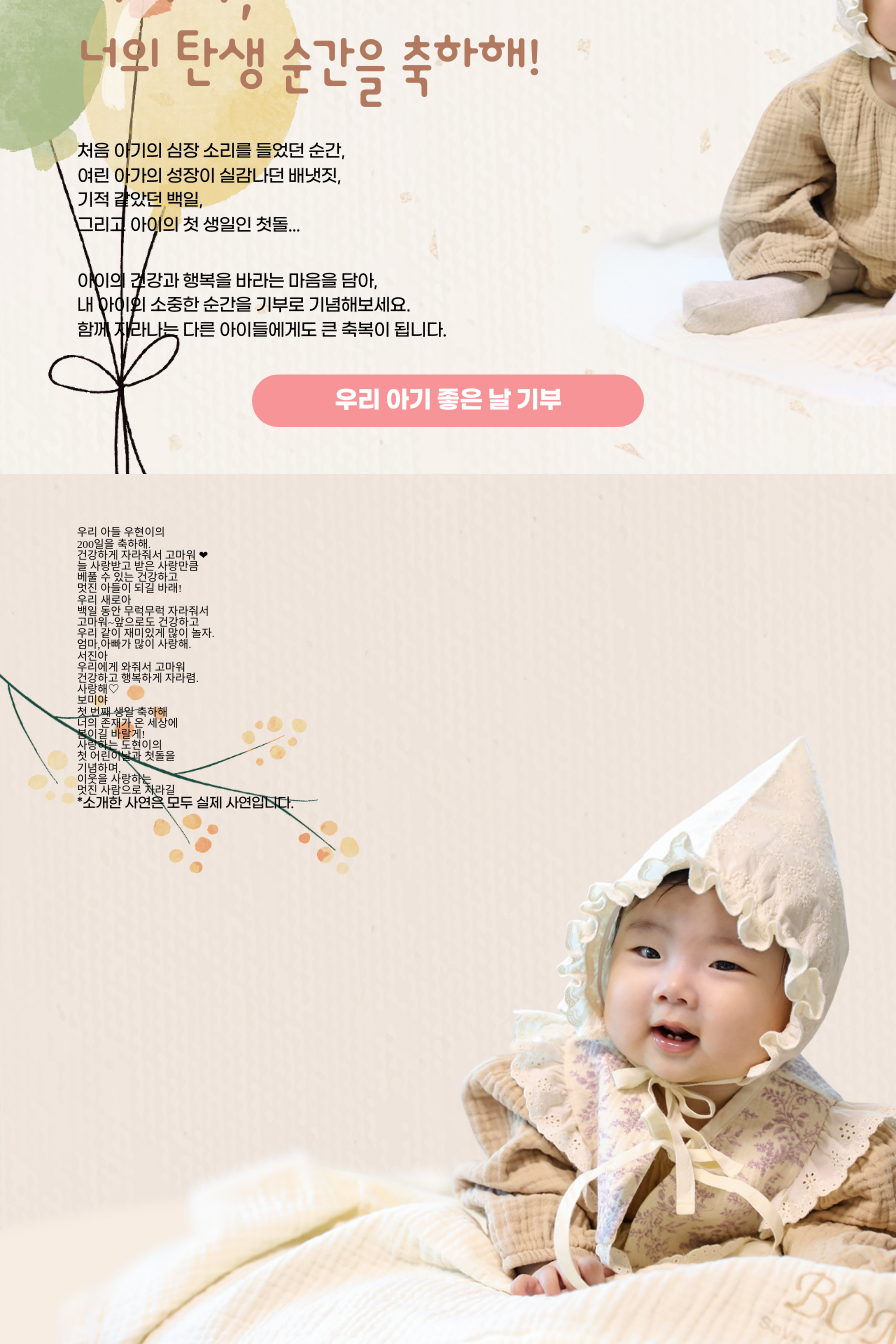
Repository: dlgywls1130/save_the_children
Page: index.html
An editor plug-in stored every save of this project. The page is shown before and after the next save, followed by the edit.
The browser window is 1280 px wide. The pictures show the part of the page from y = 403 to 2323 px (the page is 4840 px tall), at 70% of full size.

Above is the page before, as saved 2023-12-12 21:47:22.

### index.html
<!DOCTYPE html>
<html lang="en">
<head>
    <meta charset="UTF-8">
    <meta name="viewport" content="width=device-width, initial-scale=1.0">
    <title>세이브더칠드런</title>

    <link rel="stylesheet" href="./css/reset.css">
    <link rel="stylesheet" href="./css/style.css">
</head>
<body>
    <div class="content_body">
        <section class="section_wrapper section01">
            <div class="se01 se_wrapper">
                <div class="se01_sub">
                    <div class="sub_logo">
                        <img src="./img/logo01.png" alt="logo">
                    </div>
                    <p>우리 아기 좋은 날 기부</p>
                </div>
                <p class="seo01_title">
                    아가야,
                </p>
                <p class="seo01_title_two">
                    너의 <span>탄생</span> 순간을 축하해!
                </p>
                <p class="section_descript mb-45">
                    처음 아기의 심장 소리를 들었던 순간,
                    <br>여린 아가의 성장이 실감나던 배냇짓,
                    <br>기적 같았던 백일,
                    <br>그리고 아이의 첫 생일인 첫돌...
                </p>
                <p class="section_descript">
                    아이의 건강과 행복을 바라는 마음을 담아,
                    <br>내 아이의 소중한 순간을 기부로 기념해보세요.
                    <br>함께 자라나는 다른 아이들에게도 큰 축복이 됩니다.
                </p>

                <a class="donation_link" href="javascript:void(0)">우리 아기 좋은 날 기부</a>
            </div>
        </section>
        <section class="section_wrapper section02">
            <div class="se02 se_wrapper">
                <div class="postit_wrapper">
                    <div class="postit postit01">
                        우리 아들 우현이의<br>
                        200일을 축하해.<br>
                        건강하게 자라줘서 고마워 ❤<br>
                        늘 사랑받고 받은 사랑만큼<br>
                        베풀 수 있는 건강하고<br>
                        멋진 아들이 되길 바래!
                    </div>
                    <div class="postit postit01">
                        우리 새로아<Br>
                        백일 동안 무럭무럭 자라줘서<Br>
                        고마워~앞으로도 건강하고<Br>
                        우리 같이 재미있게 많이 놀자.<Br>
                        엄마,아빠가 많이 사랑해.
                    </div>
                    <div class="postit postit01">
                        서진아<br>
                        우리에게 와줘서 고마워<br>
                        건강하고 행복하게 자라렴.<br>
                        사랑해♡
                    </div>
                    <div class="postit postit01">
                        보미야<br>
                        첫 번째 생일 축하해<br>
                        너의 존재가 온 세상에<br>
                        봄이길 바랄게!
                    </div>
                    <div class="postit postit01">
                        사랑하는 도현이의<br>
                        첫 어린이날과 첫돌을<br>
                        기념하며, <br>
                        이웃을 사랑하는<br>
                        멋진 사람으로 자라길

                    </div>
                </div>
                <p class="ex_text">*소개한 사연은 모두 실제 사연입니다.</p>

            </div>
        </section>
        <section class="section_wrapper section03">

        </section>
        <section class="section_wrapper section04">

        </section>
        <section class="section_wrapper section05">

        </section>
        <section class="section_wrapper section06">

        </section>
        <section class="section_wrapper section07">

        </section>
        <section class="section_wrapper section08">

        </section>
    </div>
</body>
</html>

### css/reset.css


html, body, div, span, applet, object, iframe,
h1, h2, h3, h4, h5, h6, p, blockquote, pre,
a, abbr, acronym, address, big, cite, code,
del, dfn, em, img, ins, kbd, q, s, samp,
small, strike, strong, sub, sup, tt, var,
b, u, i, center,
dl, dt, dd, ol, ul, li,
fieldset, form, label, legend,
table, caption, tbody, tfoot, thead, tr, th, td,
article, aside, canvas, details, embed,
figure, figcaption, footer, header, hgroup,
menu, nav, output, ruby, section, summary,
time, mark, audio, video {
	margin: 0;
	padding: 0;
	border: 0;
	font-size: 100%;
	font: inherit;
	vertical-align: baseline;
}

article, aside, details, figcaption, figure,
footer, header, hgroup, menu, nav, section {
	display: block;
}
body {
	line-height: 1;
}
ol, ul {
	list-style: none;
}
blockquote, q {
	quotes: none;
}
blockquote:before, blockquote:after,
q:before, q:after {
	content: '';
	content: none;
}
table {
	border-collapse: collapse;
	border-spacing: 0;
}

### css/style.css

/* root */
:root{
    --main-color:#B17A60;
    --pink-color:#F79497;
}


/* font */

/* dongle */
@font-face {
    font-family: 'Dongle';
    font-weight: 300;
    src: url('../font/Dongle-Light.ttf') format('ttf'),
    url('../font/Dongle-Light.woff') format('woff');
}

@font-face {
    font-family: 'Dongle';
    font-weight: 500;
    src: url('../font/Dongle-Regular.ttf') format('ttf'),
    url('../font/Dongle-Regular.woff') format('woff');
}

@font-face {
    font-family: 'Dongle';
    font-weight: 700;
    src: url('../font/Dongle-Bold.ttf') format('ttf'),
    url('../font/Dongle-Bold.woff') format('woff');
}


/* Gmarket */
@font-face {
    font-family: 'GmarketSans';
    font-weight: 300;
    src: url('../font/GmarketSansLight.ttf') format('ttf'),
    url('../font/GmarketSansLight.woff') format('woff');
}

@font-face {
    font-family: 'GmarketSans';
    font-weight: 500;
    src: url('../font/GmarketSansMedium.ttf') format('ttf'),
    url('../font/GmarketSansMedium.woff') format('woff');
}

@font-face {
    font-family: 'GmarketSans';
    font-weight: 700;
    src: url('../font/GmarketSansBold.ttf') format('ttf'),
    url('../font/GmarketSansBold.woff') format('woff');
}


/* nanumsqure */

@font-face {
    font-family: 'NanumSquare';
    font-weight: 400;
    src: url('../font/NanumSquareL.ttf') format('ttf'),
    url('../font/NanumSquareL.woff') format('woff');
}

@font-face {
    font-family: 'NanumSquare';
    font-weight: 500;
    src: url('../font/NanumSquareR.ttf') format('ttf'),
    url('../font/NanumSquareR.woff') format('woff');
}

@font-face {
    font-family: 'NanumSquare';
    font-weight: 600;
    src: url('../font/NanumSquareB.ttf') format('ttf'),
    url('../font/NanumSquareB.woff') format('woff');
}

@font-face {
    font-family: 'NanumSquare';
    font-weight: 700;
    src: url('../font/NanumSquareEB.ttf') format('ttf'),
    url('../font/NanumSquareEB.woff') format('woff');
}



/* scdream5 */
@font-face {
    font-family: 'SCDream5';
    src: url('../font/SCDream5.woff') format('woff'),
    url('../font/SCDream5.ttf') format('ttf'),
    url('../font/SCDream5.otf') format('otf');
}


.section_wrapper{
    max-width:1920px;
    width: 100%;

}

.se_wrapper{
    max-width: 1060px;
    margin: 0 auto;
    width: 100%;
    position: relative;
}


/* common */
.mb-45{margin-bottom: 45px;}

/* section01 */


.section01{
    background: url('../img/back01.jpg') no-repeat;
    height: 1080px;

}

.se01{
    padding: 230px 0 70px;

}
.se01_sub{

    display: flex;
    align-items: center;
    margin-bottom: 30px;
}

.sub_logo{
    width: 198px;
    height: 65px;
    margin-right: 15px;
}

.sub_logo img{
    width: 100%;
    height: 100%;
    object-fit: contain;
}

.se01_sub p{
    width: 302px;
    height: 52px;
    background: #B17A60;
    border-radius: 20px;
    display: flex;
    align-items: center;
    justify-content: center;
    letter-spacing: -0.03em;
    font-size: 25px;
    font-weight: 700;
    font-family: 'GmarketSans',sans-serif;
    color: #fff;
}

.seo01_title{
    font-family: 'Dongle',sans-serif;
    font-weight: 500;
    font-size: 150px;
    color: var(--main-color);
    letter-spacing: -0.03em;
}

.seo01_title_two{
    font-family: 'Dongle',sans-serif;
    font-weight: 500;
    font-size: 120px;
    color: var(--main-color);
    letter-spacing: -0.03em;
    margin-top: -4%;
    margin-bottom: 50px;
}

.section_descript{
    font-size: 25px;
    line-height: 35px;
    font-family: 'GmarketSans';
    font-weight: 500;
    letter-spacing: -0.03em;
    color: #000;
}

.donation_link{
    width: 560px;
    height: 75px;
    border-radius: 100px;
    display: flex;
    align-items: center;
    justify-content: center;
    background: var(--pink-color);
    color: #fff;
    font-family: 'GmarketSans';
    font-size: 35px;
    font-weight: 700;
    letter-spacing: -0.03em;
    text-decoration: none;
    margin: 45px auto 0;
}
/* section02 */

.section02{
    height: 1340px;
    background: url('../img/back03.jpg') no-repeat;
}

.se02{
    padding: 76px 0 96px;
}

.ex_text{
    font-family: 'GmarketSans';
    font-size: 20px;
    font-weight: 500;
    letter-spacing: -0.03em;
}

/* section03 */

.section03{
    height: 1340px;
    background: url('../img/back04.jpg') no-repeat;
}

/* section04 */

.section04{
    height: 1080px;

}

/* section05 */

/* section06 */

/* section07 */

/* section08 */

After the next save:
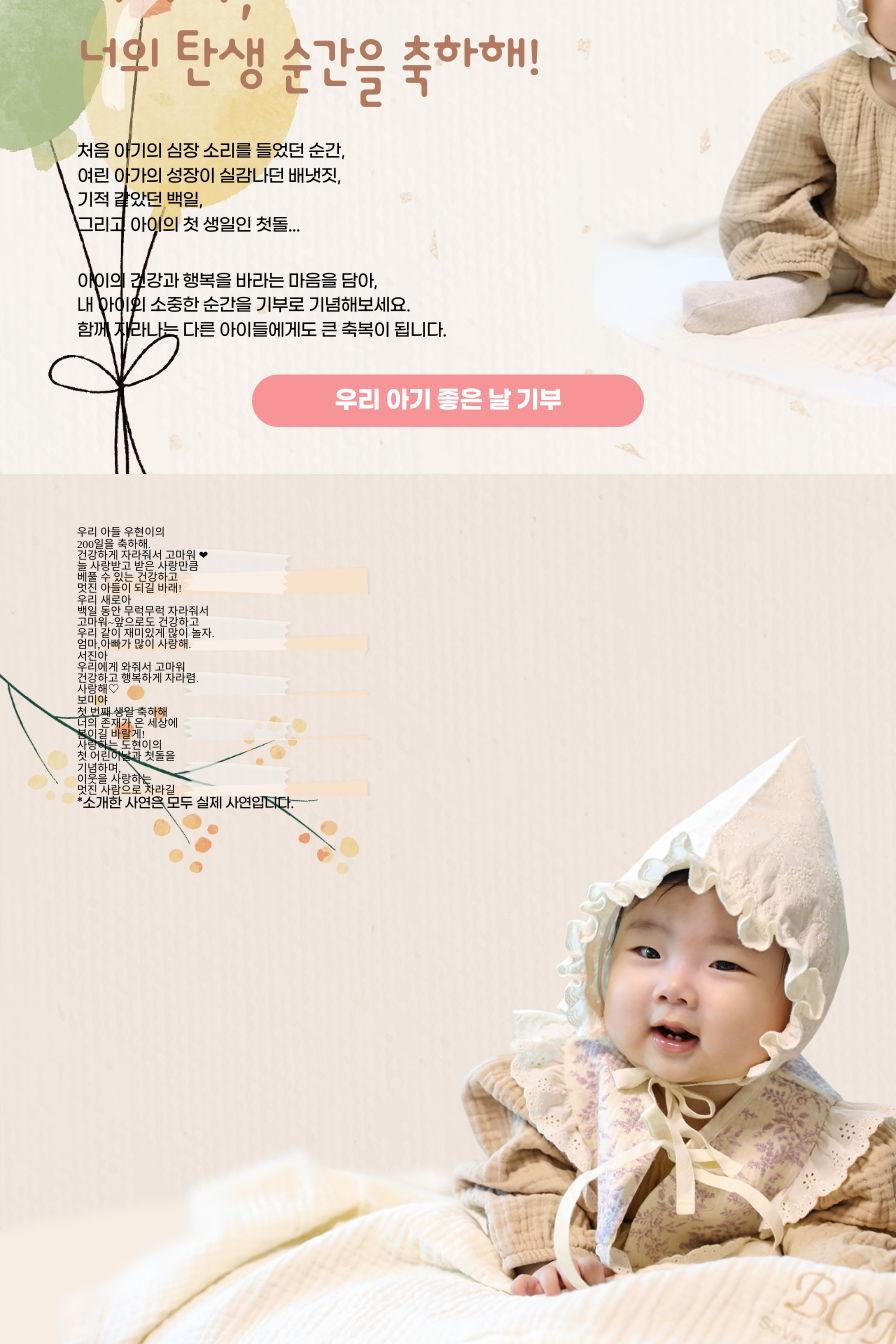
Saved 2 min 54 s later.
--- a/css/style.css
+++ b/css/style.css
@@ -220,6 +220,25 @@
     letter-spacing: -0.03em;
 }
 
+.postit01{
+    background:url('../img/post04.png') no-repeat;
+}
+
+.postit02{
+    background:url('../img/post05.png') no-repeat;
+}
+
+.postit03{
+    background:url('../img/post02.png') no-repeat;
+}
+
+.postit04{
+    background:url('../img/post03.png') no-repeat;
+}
+
+.postit01{
+    background:url('../img/post04.png') no-repeat;
+}
 /* section03 */
 
 .section03{
